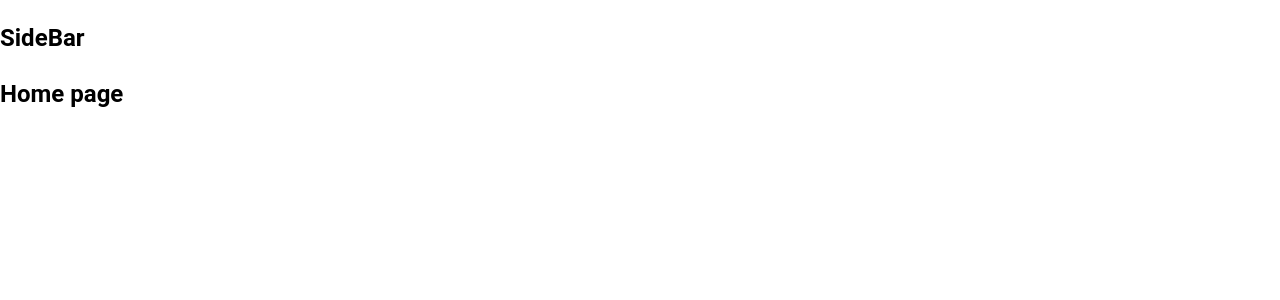
Repository: ynguyen1512/tiktok-ui
Page: /
The author's editor kept a copy of each file at every save. The page is drawn from the files as they stood at one save, then again after the next save.
The browser window is 1280 px wide. The pictures show the whole page.
The project was rebuilt for these pictures with package versions that can differ from the ones it lists, and the page was loaded fresh each time. Also part of the build but not shown: src/pages/Following/index.js, src/pages/Profile/index.js, src/pages/Upload/index.js, src/pages/Search/index.js. Imported but missing from the stored project, and not drawn on this page: src/components/Layout/HeaderOnly.

Above is the page before, as saved 2023-07-29 10:38:57.

### src/App.js
import { BrowserRouter as Router, Routes, Route } from 'react-router-dom';
import { publicRoutes } from '~/routes';
import { DefaultLayout } from '~/components/Layout';
import { Fragment } from 'react';

function App() {
    return (
        <Router>
            <div className="App">
                <Routes>
                    {publicRoutes.map((route, index) => {
                        const Page = route.component;

                        let Layout = DefaultLayout;
                        if (route.layout) {
                            Layout = route.layout;
                        } else if (route.layout === null) {
                            Layout = Fragment;
                        }

                        return (
                            <Route
                                key={index}
                                path={route.path}
                                element={
                                    <Layout>
                                        <Page />
                                    </Layout>
                                }
                            />
                        );
                    })}
                </Routes>
            </div>
        </Router>
    );
}

export default App;

### src/components/GlobalStyles/index.js
import './GlobalStyles.scss';

function GlobalStyles({ children }) {
    return children;
}

export default GlobalStyles;

### src/routes/index.js
// Layout
import { HeaderOnly } from '~/components/Layout';

import Home from '~/pages/Home';
import Following from '~/pages/Following';
import Profile from '~/pages/Profile';
import Upload from '~/pages/Upload';
import Search from '~/pages/Search';

// Without Login to use this route
const publicRoutes = [
    { path: '/', component: Home },
    { path: '/following', component: Following },
    { path: '/profile', component: Profile },
    { path: '/upload', component: Upload, layout: HeaderOnly },
    { path: '/search', component: Search, layout: null },
];

// Have to login to use this route
const privateRoutes = [];

export { publicRoutes, privateRoutes };

### src/components/Layout/index.js
export { default as DefaultLayout } from './DefaultLayout';
export { default as HeaderOnly } from './HeaderOnly';

### src/components/GlobalStyles/GlobalStyles.scss
@import 'normalize.css';
@import url('https://fonts.googleapis.com/css2?family=Great+Vibes&family=Lobster&family=Montserrat:wght@300;400;500;600;700&family=Open+Sans:wght@300;400;500;600;700&display=swap');

:root {
    --primary: #fe2c55;
}

* {
    box-sizing: border-box;
}

html {
    font-size: 62.5%;
}
body {
    font-family: 'Roboto', sans-serif;
    font-size: 1.6rem;
    line-height: 1.5;
    text-rendering: optimizeSpeed;
}

### src/pages/Home/index.js
function Home() {
    return <h2>Home page</h2>;
}

export default Home;

### src/components/Layout/DefaultLayout/index.js
import Header from '~/components/Layout/components/Header';
import SideBar from './SideBar/SideBar';

function DefaultLayout({ children }) {
    return (
        <div>
            <Header />
            <div className="container">
                <SideBar />
                <div className="content">{children}</div>
            </div>
        </div>
    );
}

export default DefaultLayout;

### src/components/Layout/components/Header/index.js
import styles from './Header.module.scss';
import classNames from 'classnames';

const cx = classNames.bind(styles);

function Header() {
    return <header className={cx('wrapper')}></header>;
}

export default Header;

### src/components/Layout/DefaultLayout/SideBar/SideBar.js
function SideBar() {
    return <h2>SideBar</h2>;
}

export default SideBar;

### src/components/Layout/components/Header/Header.module.scss
.wrapper {
    height: 60px;
    box-shadow: 0px 1px 1px rgb(0 0 0 / 12%);
}

Loaded but not shown: public/index.html (common file); src/index.js (common file); src/reportWebVitals.js (common file)

After the next save:
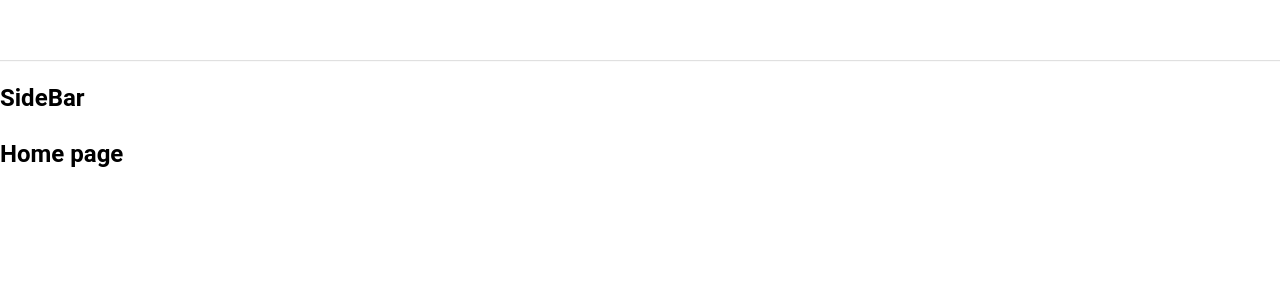
Saved 83 s later.
--- a/src/components/Layout/components/Header/index.js
+++ b/src/components/Layout/components/Header/index.js
@@ -1,5 +1,5 @@
 import styles from './Header.module.scss';
-import classNames from 'classnames';
+import classNames from 'classnames/bind';
 
 const cx = classNames.bind(styles);
 
